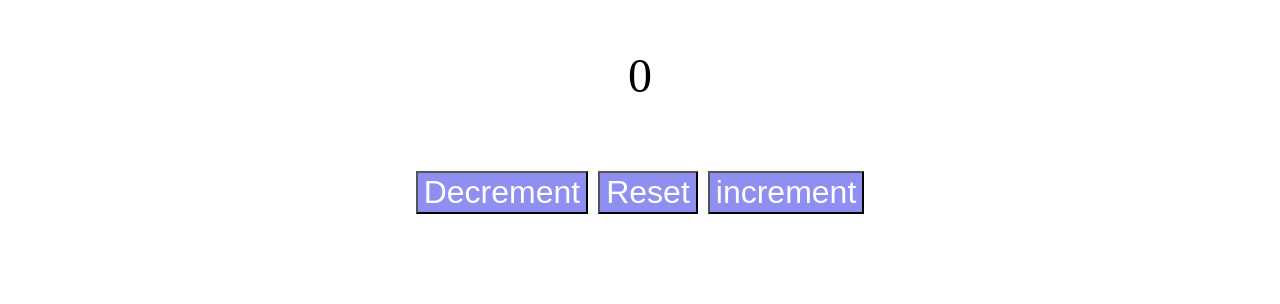
Repository: wakoya-tech/my-react-practice
Page: /
The author's editor kept a copy of each file at every save. The page is drawn from the files as they stood at one save, then again after the next save.
The browser window is 1280 px wide. The pictures show the whole page.
The project was rebuilt for these pictures with package versions that can differ from the ones it lists, and the page was loaded fresh each time. Also part of the build but not shown: vite.config.js.

Above is the page before, as saved 2025-10-02 11:33:39.

### src/index.css
Button{
  font-size: 2em;
  background-color: rgb(142, 143, 241);
  text-align: center;
  color: #fff;
  align-items: center;
  margin: 20px 5px ;
}
.button{
  align-items: center;
  text-align: center;
}
.wako{
  align-items: center;
  color: black;
  font-size: 3em;
}

### src/App.jsx
import Counter from './Counter.jsx'
function App(){
  return (
   <Counter/>
  );
}
export default App;

### src/Counter.jsx
import React, { useState } from "react";

function Counter(){
/*    const [name, setName] = useState("Ebisa");
    const [age, setAge] = useState(0);
    const [isEmployed, setIsEmployed] = useState(false);

    const toggleEmployedStatus = () => {
        setIsEmployed(!isEmployed);
    }

    const updateName = () => {
        setName("wako");
    }

    const incrementAge = () => {
        setAge(age + 1);
    }

    return(
    <>
        <p>Name: {name}</p>
        <button onClick={updateName}>Set Name</button>

        <p>Age: {age}</p>
        <button onClick={incrementAge}>Increment Age</button>

        <p>Is employed: {isEmployed ? "Yes" : "No"}</p>
        <button onClick={toggleEmployedStatus}>Toggle Status</button>
    </>
    )*/
   return(<>

   <div className="button">
    <p className="wako">0</p>
   <button>Decrement</button>
   <button>Reset</button>
   <button>increment</button>
   </div>

   </>);
}


export default Counter;

Loaded but not shown: index.html (common file); src/main.jsx (common file)

After the next save:
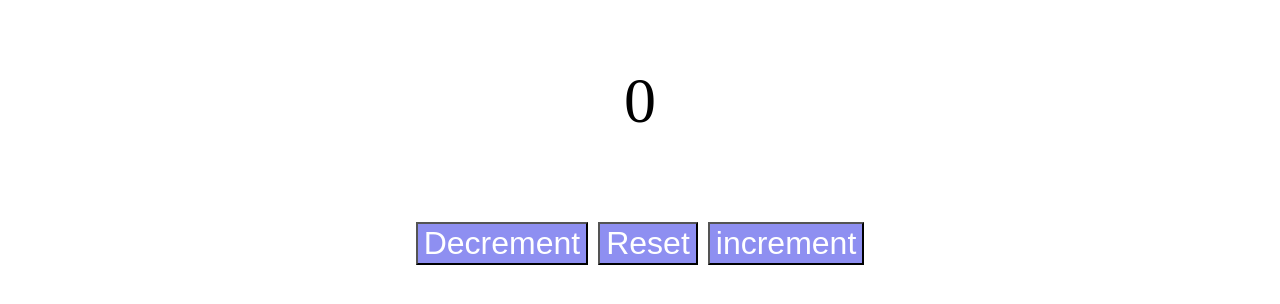
Saved 10 s later.
--- a/src/index.css
+++ b/src/index.css
@@ -13,5 +13,5 @@ Button{
 .wako{
   align-items: center;
   color: black;
-  font-size: 3em;
+  font-size: 4em;
 }
